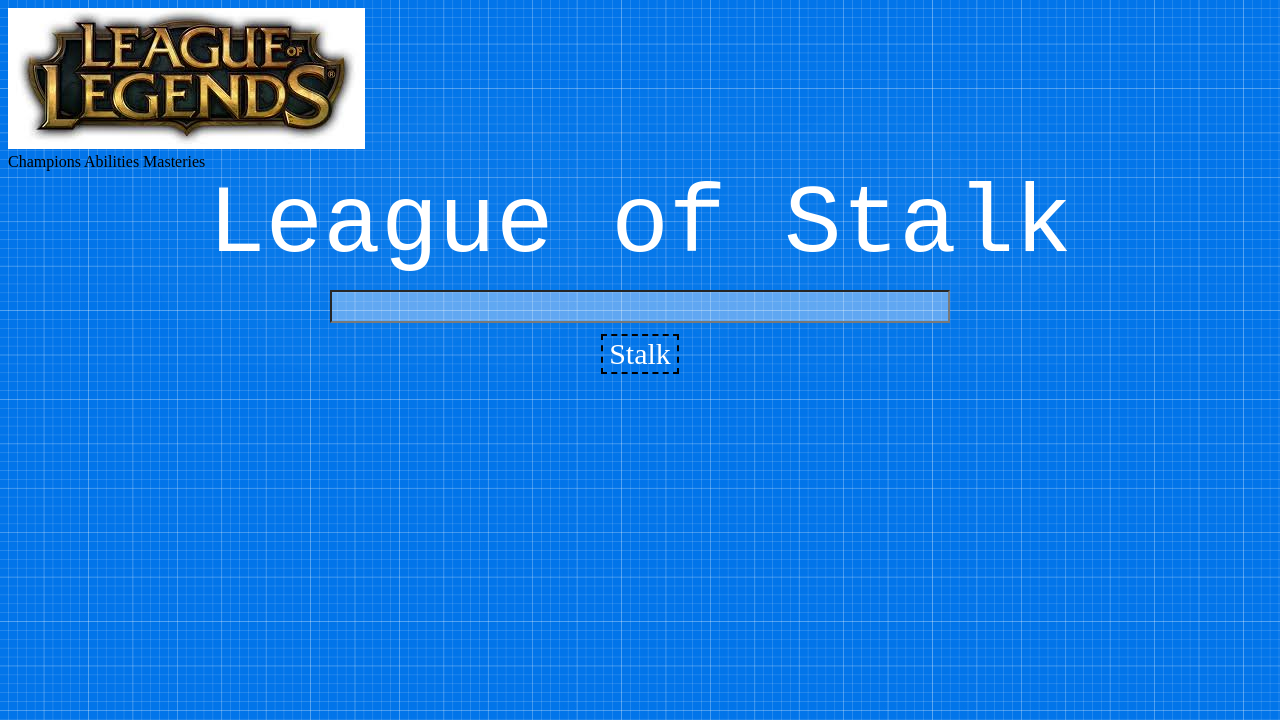
Repository: Dreifingerjpey/TestLos
Page: Eclipse/LeagueOfStalk/WebContent/LoSMain.html
An editor plug-in stored every save of this project. The page is shown before and after the next save, followed by the edit.
The browser window is 1280 px wide. The pictures show the whole page.

Above is the page before, as saved 2017-08-08 12:18:39.

### Eclipse/LeagueOfStalk/WebContent/LoSMain.html
<!doctype html>
<html>
<head>
<meta charset="utf-8">
<title>LeagueOfStalk</title>
<link href="CSS/LoSStyleSheet.css" rel="stylesheet" type="text/css">
<!--The following script tag downloads a font from the Adobe Edge Web Fonts server for use within the web page. We recommend that you do not modify it.--><script>var __adobewebfontsappname__="dreamweaver"</script><script src="http://use.edgefonts.net/electrolize:n4:default.js" type="text/javascript"></script>
</head>
</html>

<html>

<body class="body">

	<div class="toppanel">

		<img src="PICTURES/testlogo.jpeg" alt="" width="357" height="141" class="companyLogo"/>
		<div class="topLinks">
			Champions Abilities Masteries
		</div>

</div>


     <div class="mid">
		<div class="logo">League of Stalk</div>
			<form  action="SummonerLookup" class="inputData">
				<input name="summoner" type="text" class="inputfield">
				<br>
				<input type="submit" class="button" value="Stalk"/>
			</form>
	</div>

</body>
</html>

### Eclipse/LeagueOfStalk/WebContent/CSS/LoSStyleSheet.css
@charset "utf-8";
@import url("RollandinEmilie/stylesheet.css");

.body {
	background-color: #363636;
	background-image: url(../PICTURES/blueprint-2.jpg), -webkit-linear-gradient(270deg,rgba(132,62,63,0.41) 0%,rgba(183,209,255,1.00) 100%);
	background-image: url(../PICTURES/blueprint-2.jpg), -moz-linear-gradient(270deg,rgba(132,62,63,0.41) 0%,rgba(183,209,255,1.00) 100%);
	background-image: url(../PICTURES/blueprint-2.jpg), -o-linear-gradient(270deg,rgba(132,62,63,0.41) 0%,rgba(183,209,255,1.00) 100%);
	background-image: url(../PICTURES/blueprint-2.jpg), linear-gradient(180deg,rgba(132,62,63,0.41) 0%,rgba(183,209,255,1.00) 100%);
	background-size: auto 34%;
}
.head{
	border-radius: 51px;
	width: 70%;
	padding-right: 0px;
	padding-left: 0px;
	margin-left: 15%;
	-webkit-box-shadow: 0px 0px;
	box-shadow: 0px 0px;
	border-color: rgba(255,255,255,1.00);
	border-left-style: dotted;
	border-right-style: dotted;
	border-top-style: dotted;
	border-left-width: medium;
	border-right-width: medium;
	border-top-width: medium;
	background-color: rgba(255,252,252,0.10);
	font-weight: 300;
}
.logo {
	display: block;
	margin: auto;
	width: 100%;
	position: relative;
	font-family:'Courier New';
	color: rgba(255,255,255,1.00);
	font-size: 600%;
	text-align: center;
	text-shadow: 0px 0px 525px;
	text-indent: 0;
}
.inputData {
	margin: auto;
	text-align: center;
	width: 57%;
	padding: 10px;
	color: rgba(255,255,255,1.00);
	font-size: medium;
	background-color: rgba(255,255,255,0.00);
	font-weight: bold;
}
.button {
	font-size: 30px;
	alignment-adjust: central;
	font-family: RollandinEmilie;
	font-style: normal;
	font-weight: 400;
	background-position: 39% 53%;
	background-size: 122% auto;
	background-origin: border-box;
	background-repeat: repeat-x;
	background-color: rgba(0,0,0,0.00);
	color: rgba(255,255,255,1.00);
	margin-top: 11px;
	border-style: dashed;
}

.inputfield {
	font-size: 24px;
	font-family: RollandinEmilie;
	font-style: normal;
	font-weight: 400;
	width: 85%;
	color: rgba(255,246,246,1.00);
	background-color: rgba(255,255,255,0.36);
	height: 100%;
	text-align: center;
}
.frontpanel {
	width: 79%;
	margin: auto;
	text-align: center;
	font-style: normal;
	font-weight: 400;
	color: rgba(255,255,255,1.00);
	font-family: RollandinEmilie;
	font-size: medium;
	text-shadow: 0px 0px 0;
	font-variant: normal;
	border-radius: 0px;
	background-color: rgba(255,252,252,0.10);
	padding-top: 1%;
	border-width: medium;
	border-style: dotted;
}
.news {
	font-size: medium;
	background-color: rgba(0,0,0,0.00);
	height: 0%;
	margin-top: -3px;
	font-weight: 400;
}
.summonerPreview {
	text-align: left;
	font-family: RollandinEmilie;
	font-weight: 400;
	color: rgba(255,255,255,1.00);
	margin-left: 10%;
	width: 20%;
	float: left;

}

.summomerIcon {
	width: 100%;
}
.summonerdata {
	background-color: rgba(54,54,54,0.50);
	text-align: left;
	margin-top: -5%;

}
.achievements {
	float: left;
	color: rgba(255,255,255,1.00);
	width: 20%;
	text-align: center;
	font-family: RollandinEmilie;
	font-weight: bold;
}

Loaded but not shown: Eclipse/LeagueOfStalk/WebContent/CSS/RollandinEmilie/stylesheet.css (no stored copy; drawn as an empty file)

After the next save:
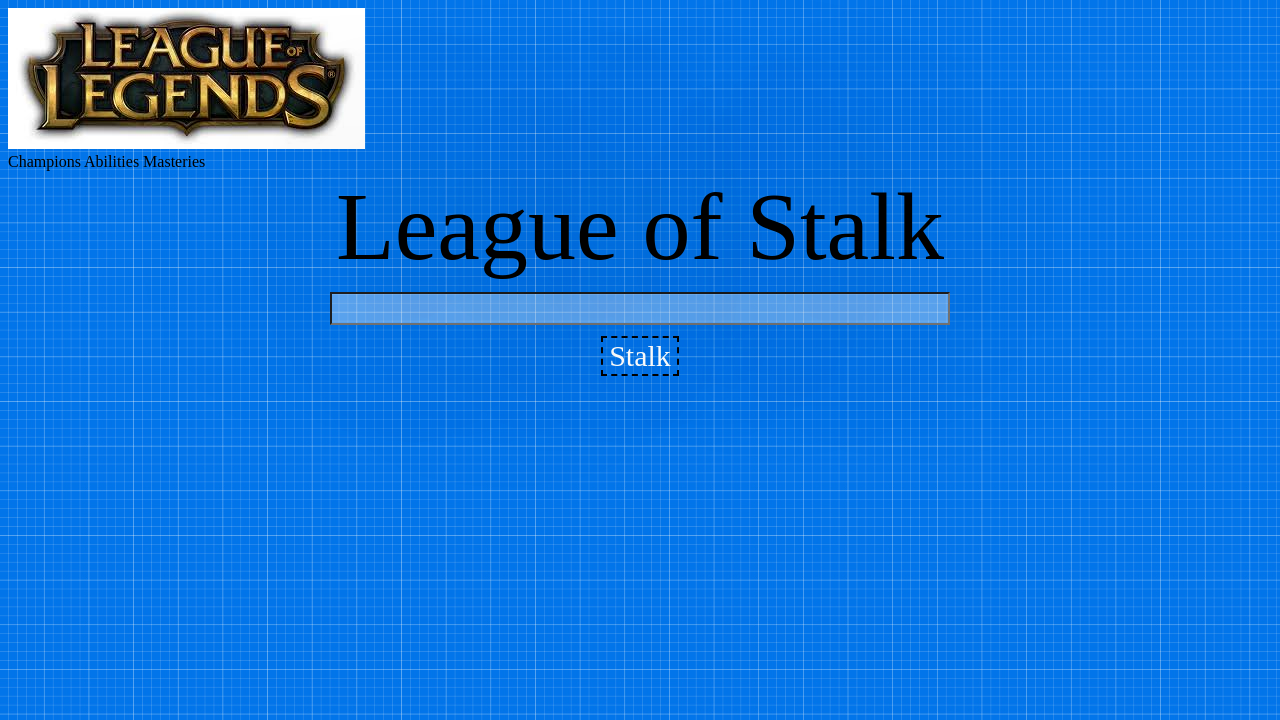
Saved 24 s later.
--- a/Eclipse/LeagueOfStalk/WebContent/CSS/LoSStyleSheet.css
+++ b/Eclipse/LeagueOfStalk/WebContent/CSS/LoSStyleSheet.css
@@ -32,7 +32,7 @@
 	margin: auto;
 	width: 100%;
 	position: relative;
-	font-family:'Courier New';
+	font-family: 'RollandinEmilie'';
 	color: rgba(255,255,255,1.00);
 	font-size: 600%;
 	text-align: center;
